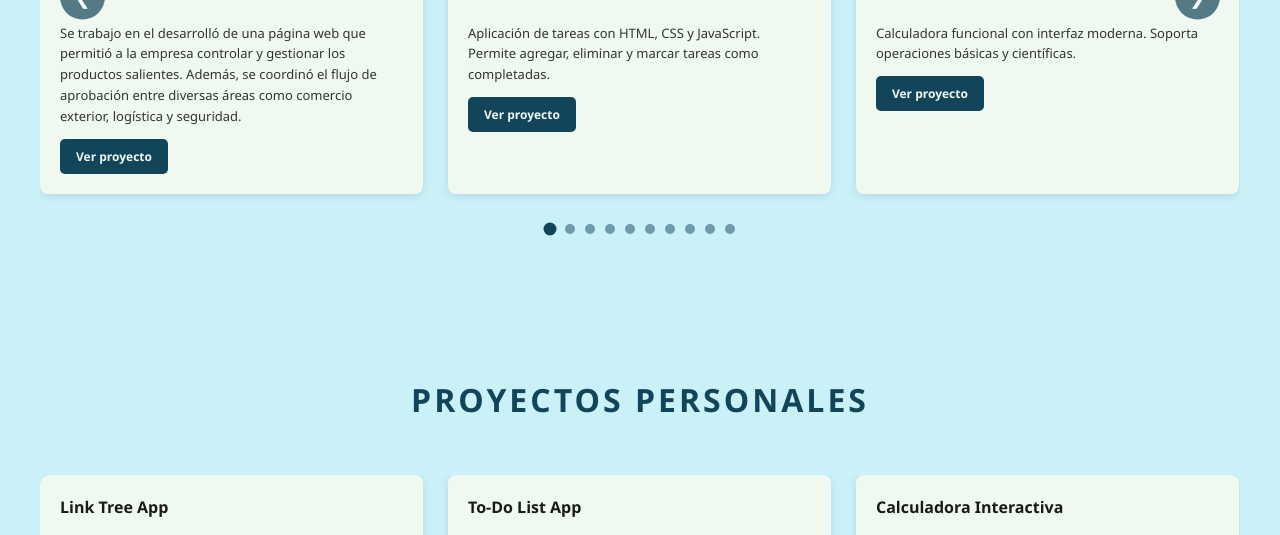
Repository: rafaelsilva2k/mi-portafolio
Page: index.html
These files come from the project's save history. The page is drawn as it stood at one moment and after the next save; the edit follows.
The browser window is 1280 px wide. The pictures show the part of the page from y = 3030 to 3565 px (the page is 4428 px tall before and 4449 px after).
Pictures or frames that could not be fetched are drawn as grey boxes.

Above is the page before, as saved 2026-05-27 09:19:35.

### index.html
<!DOCTYPE html>
<html lang="en">
<head>
    <meta charset="UTF-8">
    <meta name="viewport" content="width=device-width, initial-scale=1.0">
    <title>Rafael Fabian Silva Zapien</title>
    <link rel="stylesheet" href="styles.css">
</head>
<body>
    <!-- HEADER: Nombre, Profesión y Menú de Navegación -->
    <header class="header">
        <div class="header-content">
            <div class="logo-section">
                <h1>Rafael Fabian Silva Zapien</h1>
                <p class="profession">INGENIERO EN SISTEMAS COMPUTACIONALES</p>
            </div>
            <!-- BOTÓN DARK MODE -->
            <button class="dark-mode-toggle" id="dark-mode-btn" title="Cambiar tema">
                🌙
            </button>

            <!-- BOTÓN HAMBURGUESA (nuevo) -->
             <button class="hamburger" id="hamburger-btn">
                <span></span>
                <span></span>
                <span></span>
            </button>
            <nav class="navbar" id="navbar">
                <ul>
                    <li><a href="#sobre-mi">SOBRE MI</a></li>
                    <li><a href="#educacion">EDUCACION</a></li>
                    <li><a href="#experiencia">EXPERIENCIA</a></li>
                    <li><a href="#proyectos">PROYECTOS</a></li>
                    <li><a href="#contacto">CONTACTO</a></li>
                </ul>
            </nav>
        </div>
    </header>

    <!-- HERO SECTION: Imagen grande con texto "Desarrollador Web Fullstack" -->
     <section class="hero">
        <div class="hero-content">
            <h2>Desarrollador Web<br>Fullstack</h2>
        </div>
     </section>

     <!-- SECCIÓN SOBRE MÍ: Foto + Descripción -->
      <section id="sobre-mi" class="sobre-mi">
        <div class="sobre-mi-container">
            <div class="sobre-mi-foto">
                <img src="images/me.png" alt="Rafael Silva">
            </div>
            <div class="sobre-mi-texto">
                <h2>SOBRE MI</h2>
                <p>Disfruto desarrollarme en el área de la tecnología, actualmente estoy enfocado en mi crecimiento profesional y en ampliar mis habilidades y conocimientos. Estoy decidido a ofrecer lo mejor de mi en cada proyecto y a aportar de manera significativa a mi equipo como a la empresa.</p>
            </div>
            <div class="sobre-mi-texto">
                    <h2>Habilidades blandas</h2>
                    <p> Resolución de problemas <br> Buena comunicación <br> Trabajo en equipo  <br> Adaptabilidad <br> Organizado</p>
            </div>
            <div class="sobre-mi-texto">
                <h2>Idiomas</h2>
                <p>Español - Nativo <br> Inglés - Bilingue <br> Aleman - Principiante A1</p>
            </div>
        </div>
      </section>

      <!--Seccion de Educacion-->
      <section id="educacion" class="educacion">
        <h2>EDUCACION</h2>
        <div class="educacion-content">
            <div class="educacion-item">
                <h4>INSTITUTO TECNOLOGICO DE MÉXICO CAMPUS MORELIA</h4>
                <p>INGENIERO EN SISTEMAS COMPUTACIONALES</p>
                <p>ENERO 2019 - JUNIO 2024</p>
                <p>ESPECIALIDAD EN ARQUITECTURA WEB Y SUBESPECIALIDAD EN DESARROLLO DE APLICACIONES MÓVILES</p>
            </div>
            <div class="education-item">
                <div class="education-photos">
                    <img src="images/FirmaTitulacion.jpeg">
                    <img src="images/campanaTitulacion.jpeg">
                    <img src="images/titulacion.jpeg">
                </div>
            </div>
        </div>
      </section>

      <section id="experiencia" class="experiencia">
        <h2>EXPERIENCIA PROFESIONAL</h2>
            <div class="experiencia-content">
                <div class="experiencia-item">
                    <h3>HARMAN a Samsung Company</h3>
                    <p>Residencias Profesionales HARMAN, Samsung Company Enero - Junio 2024 </p><br>
                    <h5>PROYECTO DE SALIDAS MISCELÁNEAS</h5>
                    <p></p>Se trabajo en el desarrolló de una página web que permitió a la empresa
                    controlar y gestionar los productos salientes. Además, se coordinó el flujo de
                    aprobación entre diversas áreas como comercio exterior, logística y seguridad. <br> <br>
                    <h5>PROYECTO COSTO DE BIENES VENDIDOS (COGS)</h5>
                    Se trabajo en la automatización el cálculo de COGS e implementó un módulo
                    que agiliza la obtención de datos para el reporte de COGS, logrando un análisis
                    más detallado y una representación gráfica eficaz de la información.</p>
                </div>
                <div class="experiencia-item">
                    <h3>FIRA - Fideicomisos Instituidos en Relación con la Agricultura</h3>
                    <p>Desarrollador Fullstack en FIRA, Morelia Julio 2024 - Actualidad <br> <br>
                    • Migración, mejora y mantenimiento de múltiples aplicaciones institucionales,
                    entre ellas: Mesa de Servicios, Reservación de Salas, Seguimientos SIPOT,
                    Solicitudes INAI, Ingresos Retenciones, SIPOT, entre otras.
                    Aplicaciones desarrolladas en CodeIgniter (PHP), JavaScript, HTML y CSS,
                    en las cuales realicé correcciones críticas, optimizaciones de rendimiento y
                    mejoras funcionales.
                    Implementación de consumo de APIs internas de FIRA (Capital Humano)
                    cuando fue requerido.
                    Sustitución de vistas de Capital Humano en base de datos por procesos
                    internos más eficientes.
                    Todas las aplicaciones intervenidas fueron migradas a SQL Server 2019. <br>
                    • Desarrollo de un módulo completo dentro de la aplicación Reservación de
                    Salas para la gestión y reservación de cargadores eléctricos para vehículos del
                    personal interno.<br>
                    • Colaboración en la aplicación Siniestralidad, desarrollada originalmente en
                    ASP, la cual fue migrada a SQL Server 2019 y sometida a una limpieza y
                    depuración general. Posteriormente se detectaron fallas en el funcionamiento y
                    realicé los ajustes necesarios para su correcta operación.<br>
                    • Participación en la migración de la aplicación Firma Electrónica, actualizando
                    la plataforma de Java 1.4 a Java 17, así como la migración de Tomcat y todos
                    los cambios estructurales requeridos para garantizar compatibilidad y
                    estabilidad.<br>
                    • Elaboración de documentación técnica detallada para todos los proyectos,
                    facilitando futuras tareas de mantenimiento, soporte y transferencia de
                    conocimiento dentro del equipo. Apoyo adicional en la preparación de
                    documentación para describir cambio</p>
                </div>
            </div>
      </section>

      <!--Seccion de proyectos-->

    <!-- SECCIÓN PROYECTOS CON CARRUSEL -->
    <section id="proyectos" class="proyectos">
        <h2>PROYECTOS EN LOS QUE SE HA TRABAJADO</h2>
        <div class="carousel-container">
            <div class="proyectos-content" id="carousel">

                <!-- Proyecto 1 -->
                <div class="proyectos-item">
                    <h4>SALIDAS MISCELÁNEAS</h4>
                    <img src="images/linktree.png" alt="Link Tree para creador de contenido">
                    <p>Se trabajo en el desarrolló de una página web que permitió a la empresa controlar y gestionar los productos salientes.
                        Además, se coordinó el flujo de aprobación entre diversas áreas como comercio exterior, logística y seguridad.
                        </p>
                    <a href="https://rafaelsiza-linktree.vercel.app" class="project-link">Ver proyecto</a>
                </div>

                <!-- Proyecto 1 -->
                <div class="proyectos-item">
                    <h4>To-Do List App</h4>
                    <img src="images/proyecto1.jpg" alt="To-Do List">
                    <p>Aplicación de tareas con HTML, CSS y JavaScript. Permite agregar, eliminar y marcar tareas como completadas.</p>
                    <a href="#" class="project-link">Ver proyecto</a>
                </div>

                <!-- Proyecto 2 -->
                <div class="proyectos-item">
                    <h4>Calculadora Interactiva</h4>
                    <img src="images/proyecto2.jpg" alt="Calculadora">
                    <p>Calculadora funcional con interfaz moderna. Soporta operaciones básicas y científicas.</p>
                    <a href="#" class="project-link">Ver proyecto</a>
                </div>

                <!-- Proyecto 3 -->
                <div class="proyectos-item">
                    <h4>Weather App</h4>
                    <img src="images/proyecto3.jpg" alt="Weather">
                    <p>App del clima con consumo de API. Muestra temperatura, humedad y pronóstico en tiempo real.</p>
                    <a href="#" class="project-link">Ver proyecto</a>
                </div>

                <!-- Proyecto 4 (Extra para carrusel) -->
                <div class="proyectos-item">
                    <h4>E-Commerce Frontend</h4>
                    <img src="images/proyecto4.jpg" alt="E-Commerce">
                    <p>Interfaz de tienda online con carrito de compras funcional y filtros de productos.</p>
                    <a href="#" class="project-link">Ver proyecto</a>
                </div>

                <!-- Proyecto 5 (Extra para carrusel) -->
                <div class="proyectos-item">
                    <h4>Portfolio Personal</h4>
                    <img src="images/portafolio.png" alt="Portfolio">
                    <p>Portafolio responsive con animaciones y dark mode. Diseño moderno y profesional.</p>
                    <a href="https://mi-portafolio-mu-eight.vercel.app" class="project-link">Ver proyecto</a>
                </div>
            </div>

            <!-- Botones de navegación del carrusel -->
            <button class="carousel-btn prev" id="prev-btn" aria-label="Proyecto anterior">
                &#10094;
            </button>
            <button class="carousel-btn next" id="next-btn" aria-label="Siguiente proyecto">
                &#10095;
            </button>

            <!-- Indicadores de posición -->
            <div class="carousel-indicators" id="indicators"></div>
        </div>
    </section>


    <!-- SECCIÓN PROYECTOS CON CARRUSEL -->
    <section id="proyectos" class="proyectos">
        <h2>PROYECTOS PERSONALES</h2>
        <div class="carousel-container">
            <div class="proyectos-content" id="carousel">

                <!-- Proyecto 1 -->
                <div class="proyectos-item">
                    <h4>Link Tree App</h4>
                    <img src="images/linktree.png" alt="Link Tree para creador de contenido">
                    <p>Aplicación Link Tree para creador de contenido creada con React</p>
                    <a href="https://rafaelsiza-linktree.vercel.app" class="project-link">Ver proyecto</a>
                </div>

                <!-- Proyecto 1 -->
                <div class="proyectos-item">
                    <h4>To-Do List App</h4>
                    <img src="images/proyecto1.jpg" alt="To-Do List">
                    <p>Aplicación de tareas con HTML, CSS y JavaScript. Permite agregar, eliminar y marcar tareas como completadas.</p>
                    <a href="#" class="project-link">Ver proyecto</a>
                </div>

                <!-- Proyecto 2 -->
                <div class="proyectos-item">
                    <h4>Calculadora Interactiva</h4>
                    <img src="images/proyecto2.jpg" alt="Calculadora">
                    <p>Calculadora funcional con interfaz moderna. Soporta operaciones básicas y científicas.</p>
                    <a href="#" class="project-link">Ver proyecto</a>
                </div>

                <!-- Proyecto 3 -->
                <div class="proyectos-item">
                    <h4>Weather App</h4>
                    <img src="images/proyecto3.jpg" alt="Weather">
                    <p>App del clima con consumo de API. Muestra temperatura, humedad y pronóstico en tiempo real.</p>
                    <a href="#" class="project-link">Ver proyecto</a>
                </div>

                <!-- Proyecto 4 (Extra para carrusel) -->
                <div class="proyectos-item">
                    <h4>E-Commerce Frontend</h4>
                    <img src="images/proyecto4.jpg" alt="E-Commerce">
                    <p>Interfaz de tienda online con carrito de compras funcional y filtros de productos.</p>
                    <a href="#" class="project-link">Ver proyecto</a>
                </div>

                <!-- Proyecto 5 (Extra para carrusel) -->
                <div class="proyectos-item">
                    <h4>Portfolio Personal</h4>
                    <img src="images/portafolio.png" alt="Portfolio">
                    <p>Portafolio responsive con animaciones y dark mode. Diseño moderno y profesional.</p>
                    <a href="https://mi-portafolio-mu-eight.vercel.app" class="project-link">Ver proyecto</a>
                </div>
            </div>

            <!-- Botones de navegación del carrusel -->
            <button class="carousel-btn prev" id="prev-btn" aria-label="Proyecto anterior">
                &#10094;
            </button>
            <button class="carousel-btn next" id="next-btn" aria-label="Siguiente proyecto">
                &#10095;
            </button>

            <!-- Indicadores de posición -->
            <div class="carousel-indicators" id="indicators"></div>
        </div>
    </section>


      <section id="contacto" class="contacto">
        <h2>CONTACTO</h2>
        <div class="contacto-content">
            <p>Email: rafaelsilva2k256@gmail.com</p>
            <p>LinkedIn: <a href="www.linkedin.com/in/rafael-fabian-silva-zapien-a124ba247">Perfil de Linkedin</a></p>
            <p>Cel: +52 4531285884</p>
            <P>Morelia, Mich. / Qro.</P>
            <p>GitHub: <a href="#">Tu GitHub</a></p>
        </div>
      </section>

      <!--footer-->
      <footer class="footer">
        <p>&copy; 2026 Rafael Fabian Silva Zapien. Todos los derechos reservados.</p>
      </footer>

      <script src="script.js"></script>
</body>
</html>

Loaded but not shown: script.js (207 lines, source omitted); styles.css (754 lines, source omitted)

After the next save:
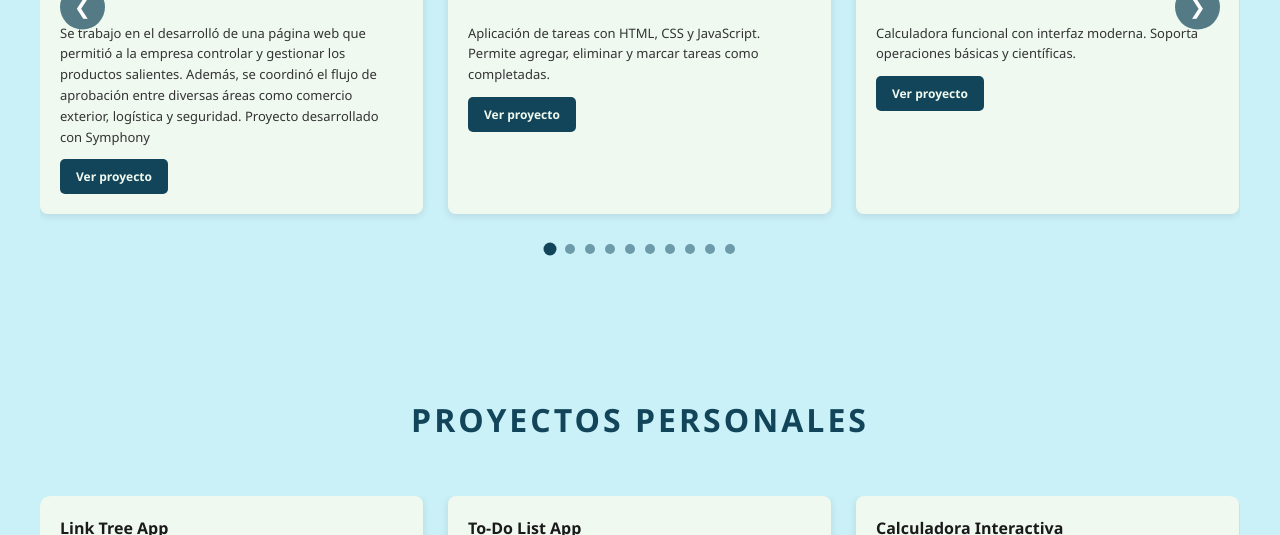
Saved 9 s later.
--- a/index.html
+++ b/index.html
@@ -147,7 +147,7 @@
                     <img src="images/linktree.png" alt="Link Tree para creador de contenido">
                     <p>Se trabajo en el desarrolló de una página web que permitió a la empresa controlar y gestionar los productos salientes.
                         Además, se coordinó el flujo de aprobación entre diversas áreas como comercio exterior, logística y seguridad.
-                        </p>
+                        Proyecto desarrollado con Symphony</p>
                     <a href="https://rafaelsiza-linktree.vercel.app" class="project-link">Ver proyecto</a>
                 </div>
 

After the save that followed:
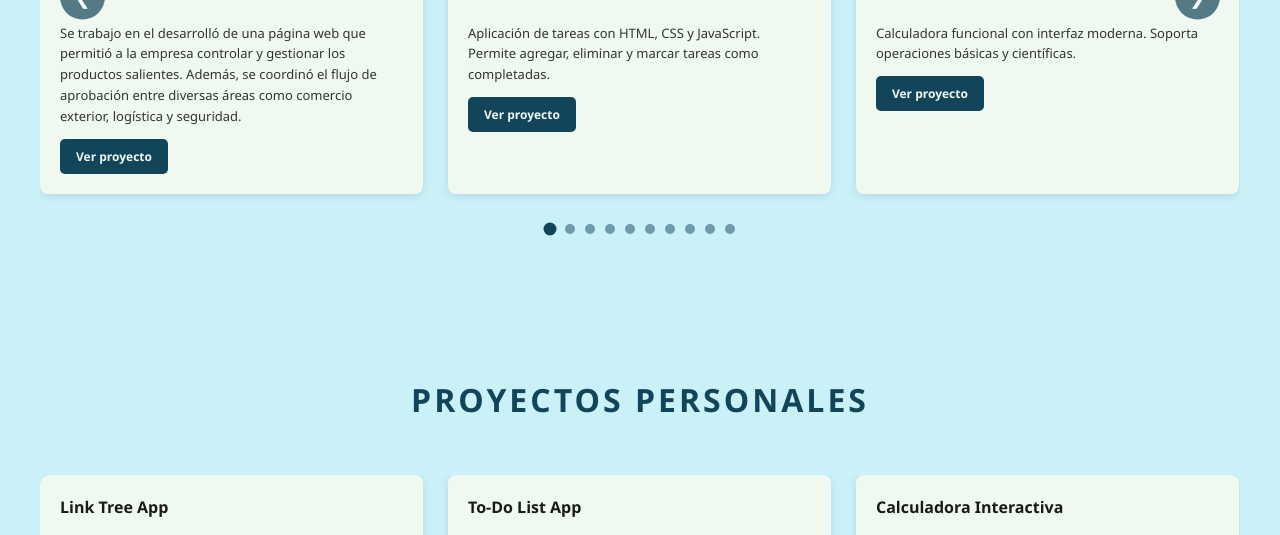
Saved 9 s later.
--- a/index.html
+++ b/index.html
@@ -147,7 +147,7 @@
                     <img src="images/linktree.png" alt="Link Tree para creador de contenido">
                     <p>Se trabajo en el desarrolló de una página web que permitió a la empresa controlar y gestionar los productos salientes.
                         Además, se coordinó el flujo de aprobación entre diversas áreas como comercio exterior, logística y seguridad.
-                        Proyecto desarrollado con Symphony</p>
+                        </p>
                     <a href="https://rafaelsiza-linktree.vercel.app" class="project-link">Ver proyecto</a>
                 </div>
 
